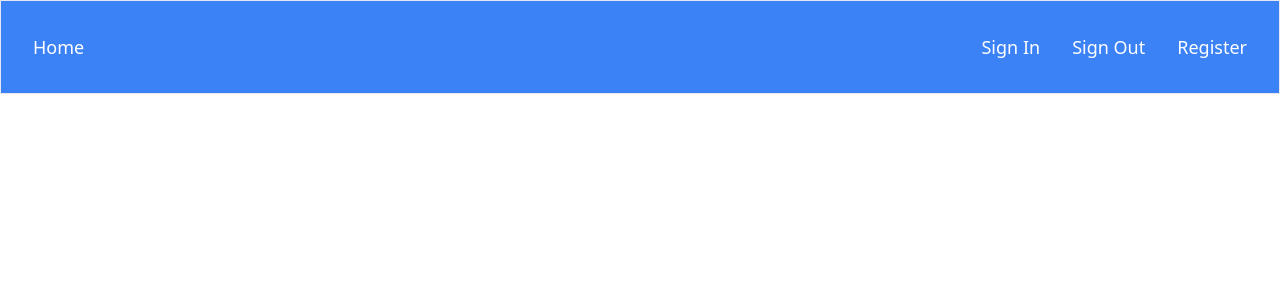
Repository: oderinde300/react-authentication-with-json-server
Page: /
An editor plug-in stored every save of this project. The page is shown before and after the next save, followed by the edit.
The browser window is 1280 px wide. The pictures show the whole page.
The project was rebuilt for these pictures with package versions that can differ from the ones it lists, and the page was loaded fresh each time. Also part of the build but not shown: src/components/authentication/Login.jsx, src/pages/LoginPage.jsx.

Above is the page before, as saved 2023-03-22 12:33:10.

After the next save:
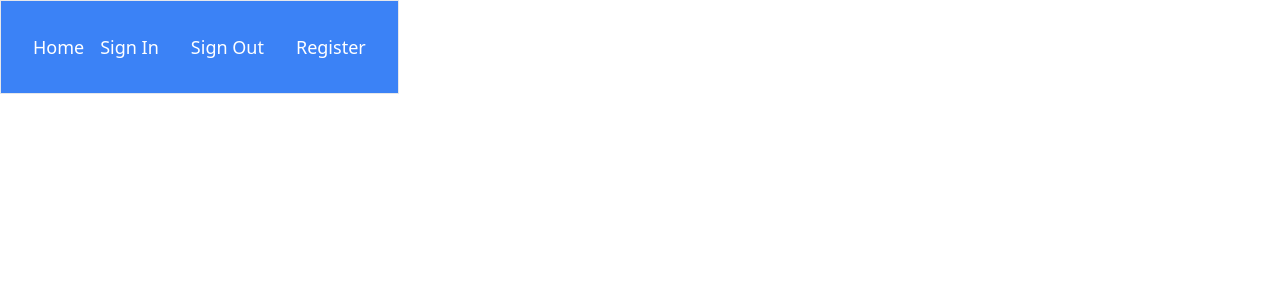
Saved 9 s later.
--- a/src/App.js
+++ b/src/App.js
@@ -5,7 +5,7 @@
 function App() {
   return (
     <div>
-      <header className="fixed w-full mb-[5rem]">
+      <header className="fixed">
         <nav className="border py-8 flex justify-between px-8 text-lg text-white bg-blue-500 ">
           <p className="">Home</p>
           <ul className="flex  ">

After the save that followed:
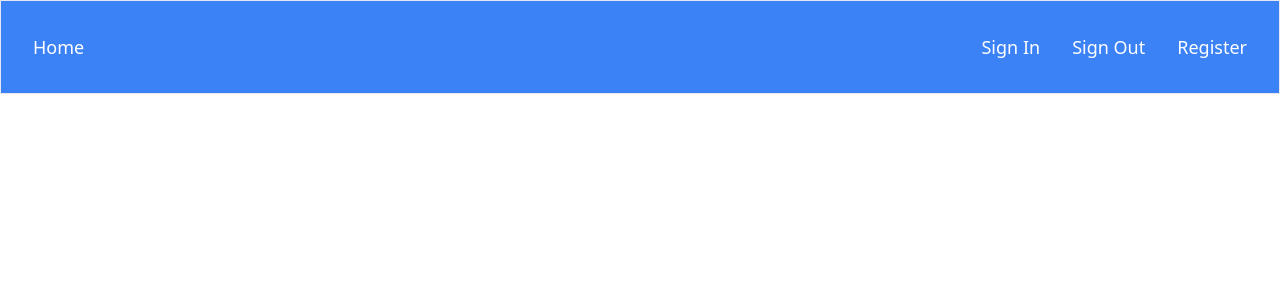
Saved 9 s later.
--- a/src/App.js
+++ b/src/App.js
@@ -5,7 +5,7 @@
 function App() {
   return (
     <div>
-      <header className="fixed">
+      <header className="fixed w-full">
         <nav className="border py-8 flex justify-between px-8 text-lg text-white bg-blue-500 ">
           <p className="">Home</p>
           <ul className="flex  ">
